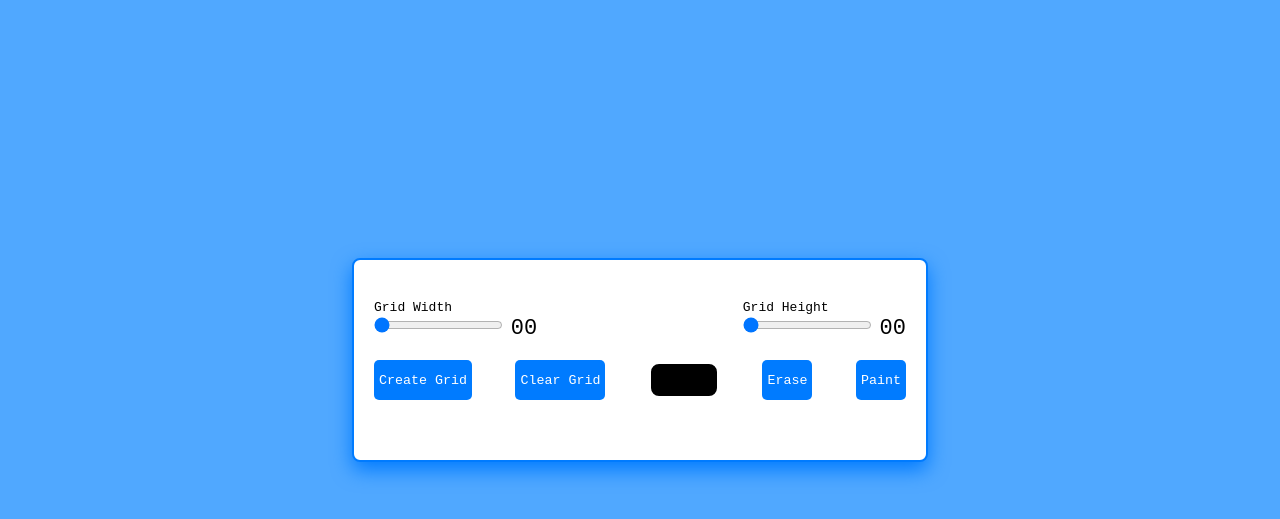
Repository: radisyah/Pixel_Art_Generator
Page: index.html
The author's editor kept a copy of each file at every save. The page is drawn from the files as they stood at one save, then again after the next save.
The browser window is 1280 px wide. The pictures show the whole page.

Above is the page before, as saved 2024-11-20 13:09:44.

After the next save:
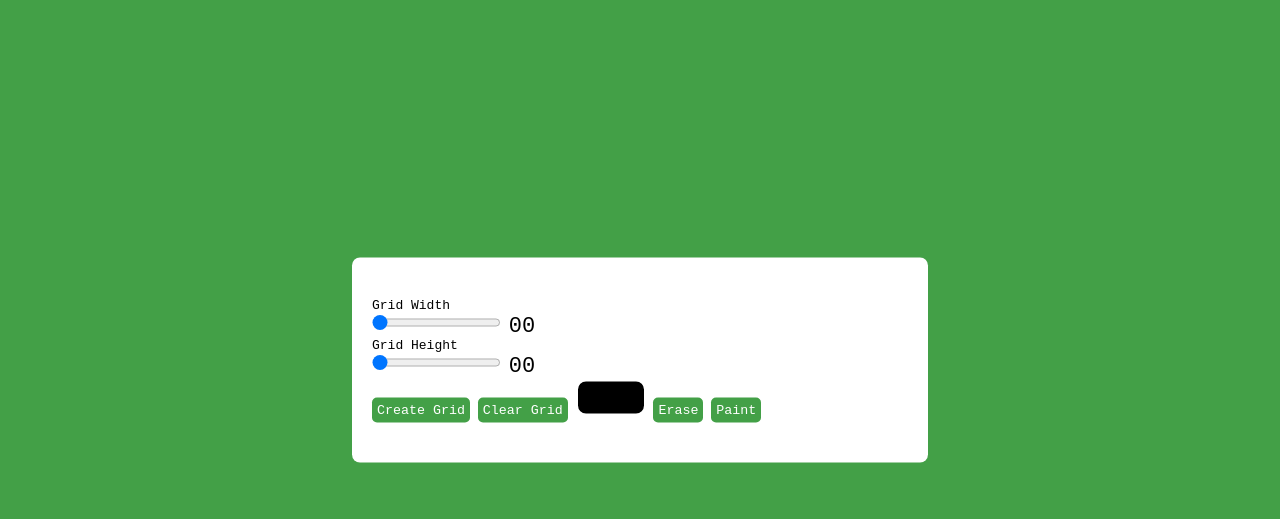
Saved 55 s later.
--- a/style.css
+++ b/style.css
@@ -6,11 +6,11 @@
 }
 
 body{
-    background-color: #50a8ff;
+    background-color: #43a047;
 }
 
 .wrapper{
-    background-color: white;
+    background-color: #fff;
     width: 80vmin;
     position: absolute;
     transform: translate(-50%, -50%);
@@ -18,8 +18,6 @@ body{
     left: 50%;
     padding: 40px 20px;
     border-radius: 8px;
-    box-shadow: 0 8px 20px  #007bff;
-    border: 2px solid #007bff;
 }
 
 label{
@@ -32,7 +30,7 @@ span{
     bottom: -1px;
 }
 
-.option-wrapper{
+.opt-wrapper{
     display: flex;
     justify-content: space-between;
     margin-bottom: 20px;
@@ -40,11 +38,11 @@ span{
 }
 
 button{
-    background-color: #007bff;
-    border: 0;
+    background-color: #43a047;
+    border: none;
     border-radius: 5px;
     padding: 5px;
-    color: white;
+    color: #fff;
 }
 
 input[type="color"]{
@@ -60,7 +58,11 @@ input[type="color"]{
 
 input[type="color"]::-webkit-color-swatch{
     border-radius: 8px;
-    border: 4px solid black;
+    border: 4px solid #000;
+}
+input[type="color"]::-moz-color-swatch{
+    border-radius: 8px;
+    border: 4px solid #000;
 }
 
 .gridCol{
